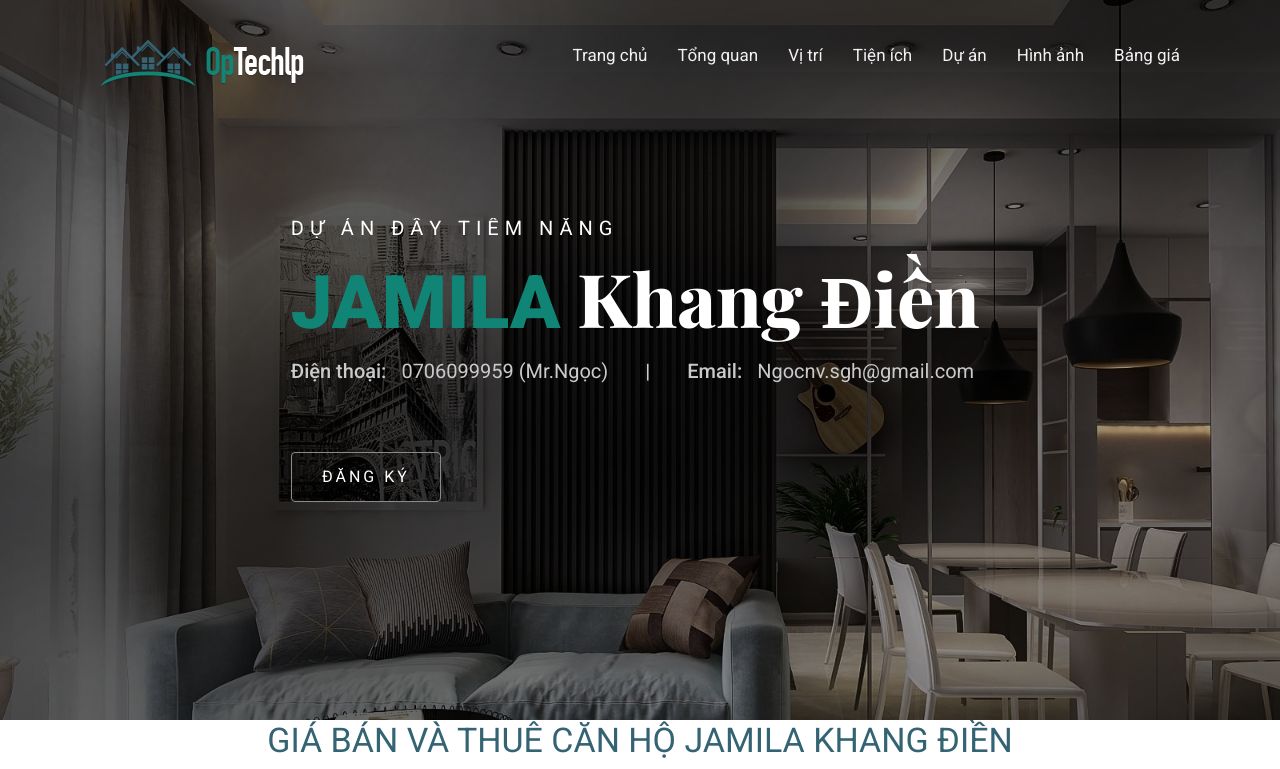
Repository: phunobi1807/Myweb
Page: index.html
An editor plug-in stored every save of this project. The page is shown before and after the next save, followed by the edit.
The browser window is 1280 px wide. The pictures show the whole page.
Some web fonts or font styles are not loaded; a fallback is used.

Above is the page before, as saved 2021-05-14 11:13:45.

After the next save:
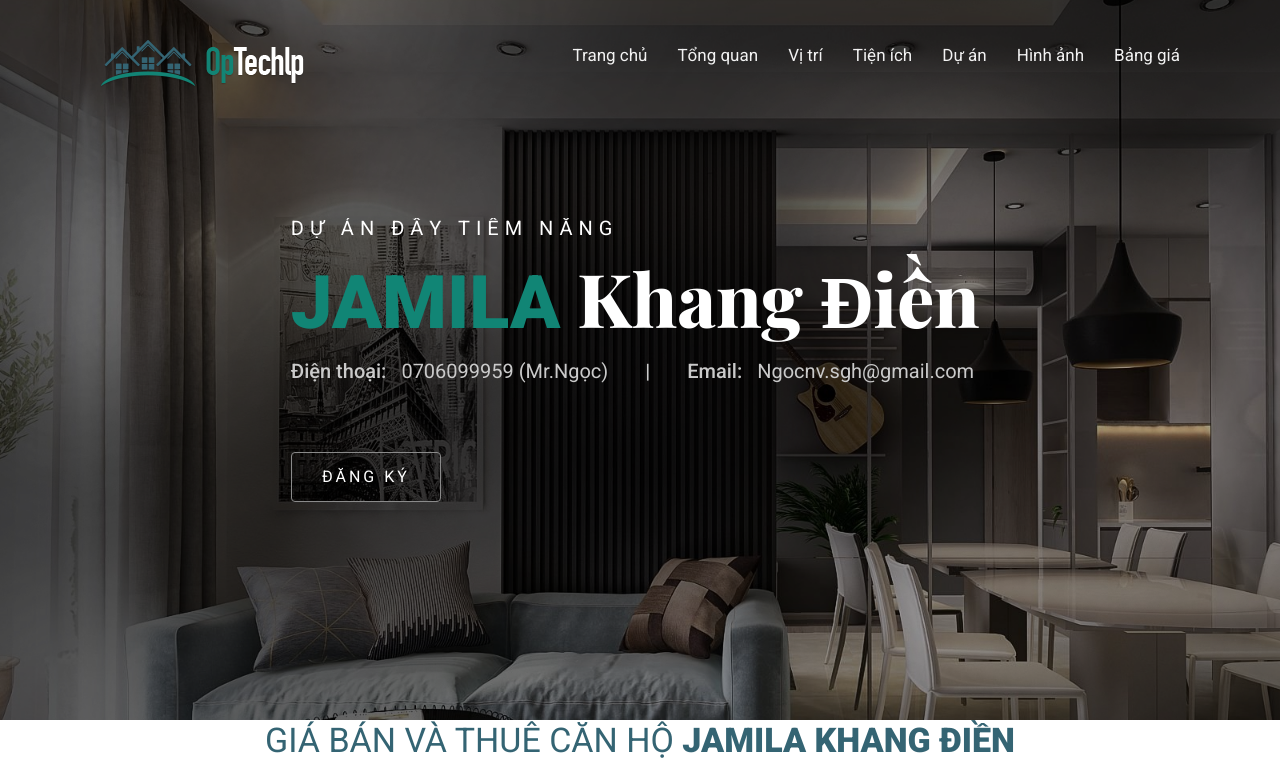
Saved 13 s later.
--- a/css/style.css
+++ b/css/style.css
@@ -162,6 +162,6 @@
     }
 
     .price-apartment h1 span {
-        font-size: 900 !important;
+        font-weight: 900;
     }
     /* end giá bán căn hộ trong bảng  */
